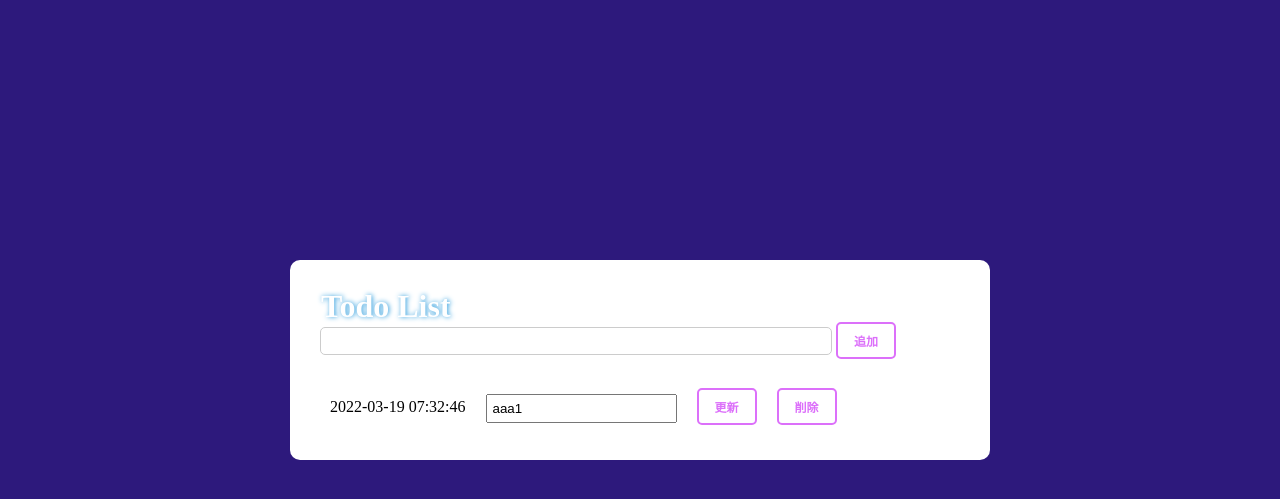
Repository: azuma2/todo
Page: http://localhost/todo/create
These files come from the project's save history. The page is drawn as it stood at one moment and after the next save; the edit follows.
The browser window is 1280 px wide. The pictures show the whole page.
The page is served by the project's Laravel application, run on PHP 8.4 with Laravel 8.

Above is the page before, as saved 2022-03-20 02:59:41.

After the next save:
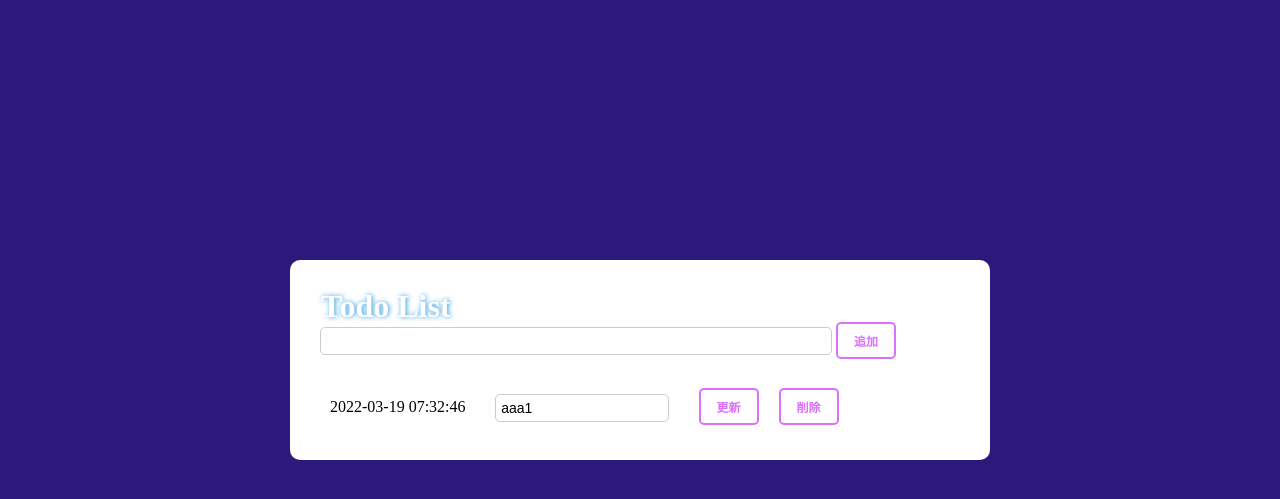
Saved 9 s later.
--- a/resources/views/layouts/default.blade.php
+++ b/resources/views/layouts/default.blade.php
@@ -48,7 +48,15 @@
     outline: none;
 }
 
-
+.input-update {
+    width: 90%;
+    padding: 5px;
+    border-radius: 5px;
+    border: 1px solid #ccc;
+    appearance: none;
+    font-size: 14px;
+    outline: none;
+}
 
     .card {
     background-color: #fff;
